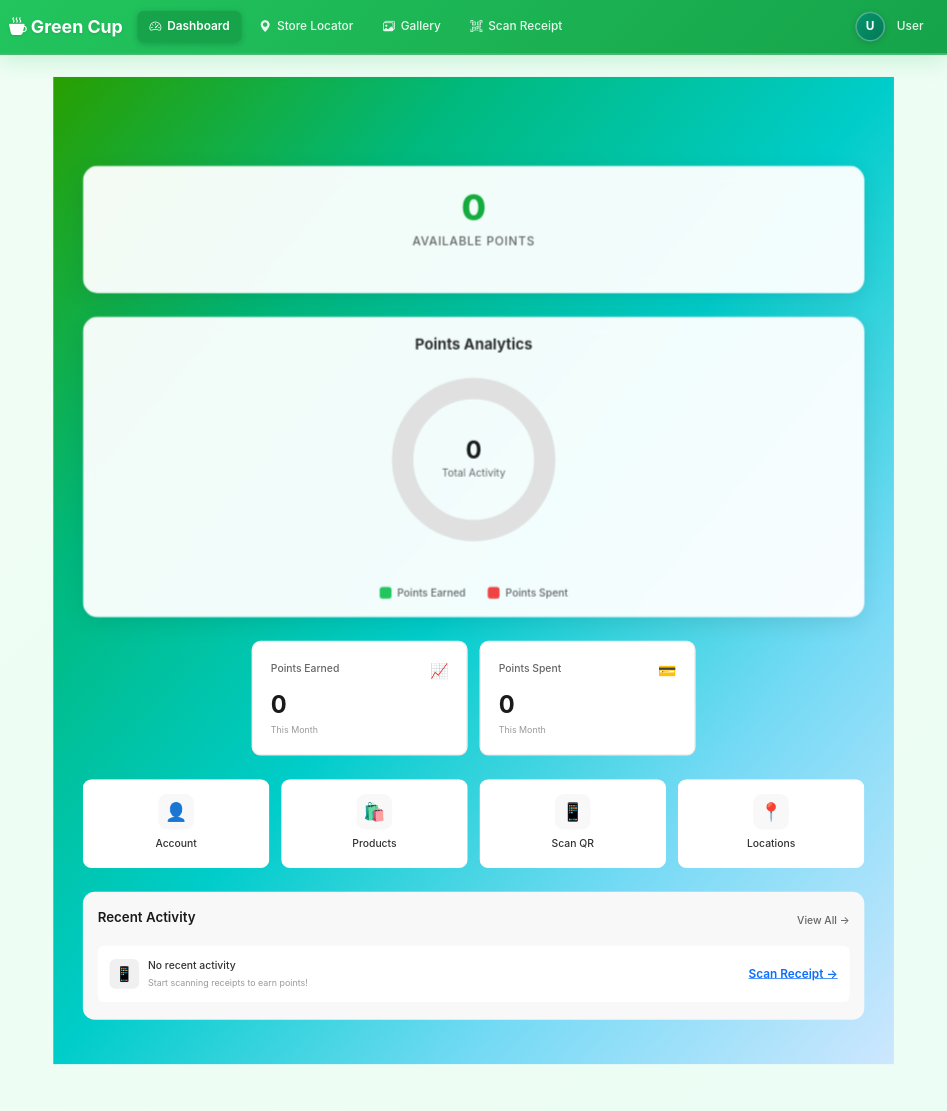
Repository: ManuelRy/GreenCup_Consumer
Page: http://localhost/dashboard
The author's editor kept a copy of each file at every save. The page is drawn from the files as they stood at one save, then again after the next save.
The browser window is 1280 px wide. The pictures show the whole page, at 74% of full size.
The page is served by the project's Laravel application, run on PHP 8.4 with Laravel 12. A made-up administrator, Test User (test@example.com), is signed in. Other server files are loaded and not shown. Queries for data that is not in the repository find no rows.

Above is the page before, as saved 2025-09-07 13:56:46.

### routes/web.php
<?php

use Illuminate\Support\Facades\Route;
use App\Http\Controllers\{ConsumerController, StoreController, ReceiptController};

/*
|--------------------------------------------------------------------------
| GreenCup Consumer Web Routes - FIXED VERSION
|--------------------------------------------------------------------------
*/

// Root redirect
Route::get('/', fn() => redirect()->route('login'))->name('home');

/*
|--------------------------------------------------------------------------
| Public Routes (Guest Only) - Authentication & Registration
|--------------------------------------------------------------------------
*/
Route::middleware(['guest:consumer'])->group(function () {
    // Authentication
    Route::get('/login', [ConsumerController::class, 'showLogin'])->name('login');
    Route::post('/login', [ConsumerController::class, 'login'])->name('login.store');

    // Registration
    Route::get('/register', [ConsumerController::class, 'showRegister'])->name('register');
    Route::post('/register', [ConsumerController::class, 'register'])->name('register.store');

    // Legacy routes for backward compatibility
    Route::get('/consumers/create', [ConsumerController::class, 'showRegister'])->name('consumers.create');
    Route::post('/consumers', [ConsumerController::class, 'register'])->name('consumers.store');
});

/*
|--------------------------------------------------------------------------
| Protected Routes (Authenticated Consumers Only)
|--------------------------------------------------------------------------
*/
// FIXED: Changed from 'consumer.auth' to 'auth:consumer'
Route::middleware(['auth:consumer'])->group(function () {

    /*
    |--------------------------------------------------------------------------
    | Consumer Pages - Dashboard, Account, Profile, QR Code
    |--------------------------------------------------------------------------
    */
    // Core consumer pages
    Route::get('/dashboard', [ConsumerController::class, 'dashboard'])->name('dashboard');
    Route::get('/account', [ConsumerController::class, 'account'])->name('account');
    Route::get('/account/edit', [ConsumerController::class, 'showEditAccount'])->name('account.edit');

    // Profile management
    Route::put('/account/profile', [ConsumerController::class, 'updateProfile'])->name('account.profile.update');
    Route::put('/account/password', [ConsumerController::class, 'updatePassword'])->name('account.password.update');
    Route::get('/account/transactions', [ConsumerController::class, 'transactionHistory'])->name('account.transactions');

    // QR Code
    Route::get('/qr-code', [ConsumerController::class, 'showQrCode'])->name('consumer.qr-code');

    // Receipt scanning
    Route::get('/scan-receipt', [ConsumerController::class, 'showScanReceipt'])->name('scan.receipt');
    Route::get('/scan', [ConsumerController::class, 'showScanReceipt'])->name('scan'); // Alternative

    /*
    |--------------------------------------------------------------------------
    | Store Pages - Gallery, Map, Profiles, Search
    |--------------------------------------------------------------------------
    */
    // Gallery & Feed
    Route::get('/gallery', [StoreController::class, 'gallery'])->name('gallery');
    Route::get('/products', [StoreController::class, 'gallery'])->name('products'); // Alternative name

    // Map & Store Locator
    Route::get('/map', [StoreController::class, 'map'])->name('map');

    // Individual store profiles
    Route::get('/seller/{id}', [StoreController::class, 'show'])->name('seller.show');
    Route::get('/store/{id}', [StoreController::class, 'show'])->name('store.show');
    // Add this to your consumer web.php in the public section:
    Route::get('/seller/{id}', [StoreController::class, 'show'])->name('seller.public.show');
    Route::get('/store/{id}', [StoreController::class, 'show'])->name('store.public.show');

    /*
    |--------------------------------------------------------------------------
    | API Routes for AJAX/Frontend
    |--------------------------------------------------------------------------
    */
    Route::prefix('api')->name('api.')->group(function () {

        // Consumer APIs
        Route::get('/consumer/points', [ConsumerController::class, 'getPoints'])->name('consumer.points');

        // Store APIs
        Route::get('/stores', [StoreController::class, 'getStores'])->name('stores');
        Route::get('/store/{id}/details', [StoreController::class, 'getStoreDetails'])->name('store.details');
        Route::get('/store/{id}/transactions', [StoreController::class, 'getTransactions'])->name('store.transactions');

        // FIXED: Changed POST routes to GET for better compatibility
        Route::get('/stores/search', [StoreController::class, 'search'])->name('stores.search');
        Route::post('/stores/distance', [StoreController::class, 'calculateDistance'])->name('stores.distance');

        // Gallery APIs
        Route::get('/gallery/feed', [StoreController::class, 'getFeed'])->name('gallery.feed');
        Route::get('/gallery/search', [StoreController::class, 'gallerySearch'])->name('gallery.search');
        Route::get('/gallery/stats', [StoreController::class, 'getPhotoStats'])->name('gallery.stats');

        // Receipt APIs (kept separate as specialized functionality)
        Route::prefix('receipt')->name('receipt.')->group(function () {
            Route::post('/check', [ReceiptController::class, 'check'])->name('check');
            Route::post('/claim', [ReceiptController::class, 'claim'])->name('claim');
            Route::get('/history', [ReceiptController::class, 'history'])->name('history');
        });
    });

    /*
    |--------------------------------------------------------------------------
    | Logout Routes
    |--------------------------------------------------------------------------
    */
    Route::post('/logout', [ConsumerController::class, 'logout'])->name('logout');
    Route::get('/logout', [ConsumerController::class, 'logout'])->name('logout.get');
});

/*
|--------------------------------------------------------------------------
| Public API Routes (No Authentication Required)
|--------------------------------------------------------------------------
*/
// ADDED: Public API routes for gallery browser and external access
Route::prefix('public-api')->name('public.api.')->group(function () {
    // Store discovery (for gallery browser)
    Route::get('/stores', [StoreController::class, 'getStores'])->name('stores');
    Route::get('/store/{id}', [StoreController::class, 'getStoreDetails'])->name('store.details');
    Route::get('/stores/search', [StoreController::class, 'search'])->name('stores.search');

    // Gallery feed (for gallery browser)
    Route::get('/gallery/feed', [StoreController::class, 'getFeed'])->name('gallery.feed');
    Route::get('/gallery/search', [StoreController::class, 'gallerySearch'])->name('gallery.search');
    Route::get('/gallery/stats', [StoreController::class, 'getPhotoStats'])->name('gallery.stats');

    // Store profiles (for gallery browser)
    Route::get('/seller/{id}', [StoreController::class, 'show'])->name('seller.show');
    Route::get('/store/{id}', [StoreController::class, 'show'])->name('store.show');
});

/*
|--------------------------------------------------------------------------
| Development/Testing Routes (Local Environment Only)
|--------------------------------------------------------------------------
*/
if (app()->environment('local')) {
    Route::prefix('dev')->name('dev.')->group(function () {
        // Quick login as first consumer
        Route::get('/login', function () {
            $consumer = \App\Models\Consumer::first();
            if ($consumer) {
                Auth::guard('consumer')->login($consumer);
                return redirect()->route('dashboard')->with('success', 'Dev login successful!');
            }
            return redirect()->route('login')->with('error', 'No consumer found. Please register first.');
        })->name('login');

        // Quick access to features
        Route::get('/dashboard', function () {
            $consumer = \App\Models\Consumer::first();
            if ($consumer) {
                Auth::guard('consumer')->login($consumer);
                return redirect()->route('dashboard');
            }
            return redirect()->route('login');
        })->name('dashboard');

        Route::get('/gallery', function () {
            $consumer = \App\Models\Consumer::first();
            if ($consumer) {
                Auth::guard('consumer')->login($consumer);
                return redirect()->route('gallery');
            }
            return redirect()->route('login');
        })->name('gallery');

        // Database status
        Route::get('/status', function () {
            return response()->json([
                'consumers' => \App\Models\Consumer::count(),
                'sellers' => \App\Models\Seller::count(),
                'photos' => \DB::table('seller_photos')->count(),
                'transactions' => \DB::table('point_transactions')->count(),
                'environment' => app()->environment(),
            ]);
        })->name('status');
    });
}

/*
|--------------------------------------------------------------------------
| Error Handling
|--------------------------------------------------------------------------
*/
Route::fallback(function () {
    if (!Auth::guard('consumer')->check()) {
        return redirect()->route('login')->with('error', 'Please log in to access this page.');
    }
    return response()->view('errors.404', [], 404);
});

### resources/views/dashboard.blade.php
@extends('layout.master')

@section('title', 'Dashboard - Green Cup')

@section('content')
<div class="container-fluid py-4">
<div class="dashboard-container">
    <!-- Header -->
    <header class="dashboard-header">
        <div class="header-content">
            <h1 class="app-logo">Green Cup</h1>
            <div class="user-info">
                <span class="user-name">{{ $consumer->full_name ?? 'User' }}</span>
                <div class="user-avatar">👤</div>
            </div>
        </div>
    </header>

    <!-- Main Content -->
    <main class="main-content">
        <!-- Points Section -->
        <section class="points-section fade-in">
            <div class="points-value">{{ number_format($availablePoints ?? 1247) }}</div>
            <div class="points-label">Available Points</div>
        </section>

        <!-- Analytics Section with Donut Chart -->
        <div class="analytics-container">
            <h2 class="analytics-title">Points Analytics</h2>

            <div class="donut-chart-container">
                @php
                    $pointsIn = $monthlyData['points_in'] ?? 0;
                    $pointsOut = $monthlyData['points_out'] ?? 0;
                    $total = $monthlyData['all_activities'] ?? ($pointsIn + $pointsOut);

                    // Calculate percentages
                    if ($total > 0) {
                        $pointsInPercent = ($pointsIn / $total) * 100;
                        $pointsOutPercent = ($pointsOut / $total) * 100;
                    } else {
                        $pointsInPercent = 0;
                        $pointsOutPercent = 0;
                    }

                    // Calculate SVG arc lengths
                    $circumference = 2 * pi() * 40;
                    $pointsInLength = ($pointsInPercent / 100) * $circumference;
                    $pointsOutLength = ($pointsOutPercent / 100) * $circumference;
                @endphp

                <svg class="donut-chart" viewBox="0 0 100 100">
                    @if($total > 0)
                        <!-- Background circle -->
                        <circle cx="50" cy="50" r="40" fill="none" stroke="#f0f0f0" stroke-width="12"/>

                        <!-- Points In -->
                        @if($pointsIn > 0)
                            <circle cx="50" cy="50" r="40" fill="none"
                                    stroke="#22c55e"
                                    stroke-width="12"
                                    stroke-dasharray="{{ $pointsInLength }} {{ $circumference - $pointsInLength }}"
                                    stroke-dashoffset="0"
                                    transform="rotate(-90 50 50)"/>
                        @endif

                        <!-- Points Out -->
                        @if($pointsOut > 0)
                            <circle cx="50" cy="50" r="40" fill="none"
                                    stroke="#ef4444"
                                    stroke-width="12"
                                    stroke-dasharray="{{ $pointsOutLength }} {{ $circumference - $pointsOutLength }}"
                                    stroke-dashoffset="-{{ $pointsInLength }}"
                                    transform="rotate(-90 50 50)"/>
                        @endif
                    @else
                        <!-- Empty state circle -->
                        <circle cx="50" cy="50" r="40" fill="none" stroke="#e0e0e0" stroke-width="12"/>
                    @endif
                </svg>

                <div class="donut-center">
                    <div class="donut-center-value">{{ number_format($total) }}</div>
                    <div class="donut-center-label">Total Activity</div>
                </div>
            </div>

            <div class="chart-legend" style="display: flex; justify-content: center; align-items: center; gap: 30px; margin-top: 20px;">
                <div class="legend-item" style="display: flex; align-items: center; gap: 8px;">
                    <span class="legend-color" style="background: #22c55e; width: 16px; height: 16px; border-radius: 4px; display: inline-block;"></span>
                    <span class="legend-label" style="font-size: 14px; color: #666; font-weight: 500;">Points Earned</span>
                </div>
                <div class="legend-item" style="display: flex; align-items: center; gap: 8px;">
                    <span class="legend-color" style="background: #ef4444; width: 16px; height: 16px; border-radius: 4px; display: inline-block;"></span>
                    <span class="legend-label" style="font-size: 14px; color: #666; font-weight: 500;">Points Spent</span>
                </div>
            </div>
        </div>

        <!-- Stats Grid -->
        <div class="stats-grid">
            <div class="stat-card fade-in">
                <div class="stat-header" style="display: flex; justify-content: space-between; align-items: center; min-height: 24px;">
                    <h3 class="stat-title">Points Earned</h3>
                    <span class="stat-icon" style="font-size: 20px; line-height: 1; height: 24px; display: flex; align-items: center;">📈</span>
                </div>
                <div class="stat-value">{{ number_format($monthlyData['points_in'] ?? 0) }}</div>
                <div class="stat-change">
                    @if(($monthlyData['prev_points_in'] ?? 0) > 0)
                        {{ number_format($monthlyData['prev_points_in']) }} pts in {{ $monthlyData['prev_month_name'] ?? 'last month' }}
                    @else
                        This Month
                    @endif
                </div>
            </div>

            <div class="stat-card fade-in">
                <div class="stat-header" style="display: flex; justify-content: space-between; align-items: center; min-height: 24px;">
                    <h3 class="stat-title">Points Spent</h3>
                    <span class="stat-icon" style="font-size: 20px; line-height: 1; height: 24px; display: flex; align-items: center;">💳</span>
                </div>
                <div class="stat-value">{{ number_format($monthlyData['points_out'] ?? 0) }}</div>
                <div class="stat-change">
                    @if(($monthlyData['prev_points_out'] ?? 0) > 0)
                        {{ number_format($monthlyData['prev_points_out']) }} pts in {{ $monthlyData['prev_month_name'] ?? 'last month' }}
                    @else
                        This Month
                    @endif
                </div>
            </div>
        </div>

        <!-- Quick Actions -->
        <div class="quick-actions">
            <a href="{{ route('account') }}" class="action-btn">
                <div class="action-icon">👤</div>
                <span class="action-label">Account</span>
            </a>

            <a href="{{ route('gallery') }}" class="action-btn">
                <div class="action-icon">🛍️</div>
                <span class="action-label">Products</span>
            </a>

            <a href="{{ route('scan.receipt') }}" class="action-btn">
                <div class="action-icon">📱</div>
                <span class="action-label">Scan QR</span>
            </a>

            <a href="{{ route('map') }}" class="action-btn">
                <div class="action-icon">📍</div>
                <span class="action-label">Locations</span>
            </a>
        </div>

        <!-- Recent Activity -->
      <section class="activity-section">
            <div class="section-header">
                <h2 class="section-title">Recent Activity</h2>
                <a href="{{ route('account') }}" class="view-all">View All →</a>
            </div>

            <div class="activity-list">
                @forelse($recentActivity as $activity)
                    <div class="activity-item">
                        <div class="activity-info">
                            <div class="activity-icon">{{ $activity->icon }}</div>
                            <div class="activity-details">
                                <div class="activity-name">{{ $activity->name }}</div>
                                <div class="activity-time">{{ $activity->time_ago }}</div>
                                @if($activity->store_name)
                                    <div class="activity-store">{{ $activity->store_name }}</div>
                                @endif
                            </div>
                        </div>
                        <div class="activity-points {{ $activity->type === 'earn' ? 'positive' : 'negative' }}">
                            {{ $activity->type === 'earn' ? '+' : '-' }}{{ number_format($activity->points) }} pts
                        </div>
                    </div>
                @empty
                    <div class="activity-item empty-activity">
                        <div class="activity-info">
                            <div class="activity-icon">📱</div>
                            <div class="activity-details">
                                <div class="activity-name">No recent activity</div>
                                <div class="activity-time">Start scanning receipts to earn points!</div>
                            </div>
                        </div>
                        <div class="activity-points">
                                                        <a href="{{ route('scan.receipt') }}" class="scan-link">Scan Receipt →</a>
                        </div>
                    </div>
                @endforelse
            </div>
        </section>
    </div>
</div>
@endsection

### resources/views/errors/404.blade.php
@extends('master')

@section('content')
<div class="page-content">
    <div class="error-container">
        <div class="error-content">
            <div class="error-icon">
                <h1>404</h1>
            </div>
            <div class="error-message">
                <h2>Page Not Found</h2>
                <p>Sorry, the page you are looking for could not be found.</p>
                <a href="{{ route('dashboard') }}" class="btn-primary">
                    Return to Dashboard
                </a>
            </div>
        </div>
    </div>
</div>

<style>
.error-container {
    display: flex;
    align-items: center;
    justify-content: center;
    min-height: 80vh;
    padding: 2rem;
}

.error-content {
    text-align: center;
    max-width: 500px;
}

.error-icon h1 {
    font-size: 6rem;
    font-weight: 700;
    color: #ff6b6b;
    margin: 0;
    line-height: 1;
}

.error-message h2 {
    font-size: 1.5rem;
    color: #1a1a1a;
    margin: 1rem 0 0.5rem 0;
}

.error-message p {
    color: #666;
    margin-bottom: 2rem;
    font-size: 1.1rem;
}

.btn-primary {
    display: inline-block;
    background: #ff6b6b;
    color: white;
    padding: 0.75rem 1.5rem;
    border-radius: 0.5rem;
    text-decoration: none;
    font-weight: 600;
    transition: all 0.2s ease;
}

.btn-primary:hover {
    background: #ff5252;
    transform: translateY(-1px);
    color: white;
    text-decoration: none;
}
</style>
@endsection

### resources/views/master.blade.php
<!DOCTYPE html>
<html lang="en">
<head>
    <meta charset="UTF-8">
    <meta name="viewport" content="width=device-width, initial-scale=1.0, maximum-scale=1.0, user-scalable=0">
    <meta name="csrf-token" content="{{ csrf_token() }}">
    <title>@yield('title', 'Green Cup App')</title>

    <!-- Bootstrap 5 CSS -->
    <link href="https://cdn.jsdelivr.net/npm/bootstrap@5.3.2/dist/css/bootstrap.min.css" rel="stylesheet" integrity="sha384-T3c6CoIi6uLrA9TneNEoa7RxnatzjcDSCmG1MXxSR1GAsXEV/Dwwykc2MPK8M2HN" crossorigin="anonymous">

    <!-- Bootstrap Icons -->
    <link rel="stylesheet" href="https://cdn.jsdelivr.net/npm/bootstrap-icons@1.11.1/font/bootstrap-icons.css">

    <!-- Your existing styles -->
    <link href="{{ asset('dashboard.css') }}" rel="stylesheet">
    <link href="{{ asset('css/app.css') }}" rel="stylesheet">

    @stack('styles')
</head>
<body>
    @yield('content')

    <!-- Bootstrap 5 JS Bundle -->
    <script src="https://cdn.jsdelivr.net/npm/bootstrap@5.3.2/dist/js/bootstrap.bundle.min.js" integrity="sha384-C6RzsynM9kWDrMNeT87bh95OGNyZPhcTNXj1NW7RuBCsyN/o0jlpcV8Qyq46cDfL" crossorigin="anonymous"></script>

    {{-- Your JavaScript --}}
    <script src="{{ asset('js/app.js') }}"></script>
    <script src="{{ asset('dashboard.js') }}"></script>
    <script src="https://unpkg.com/html5-qrcode@2.3.8/html5-qrcode.min.js"></script>

    @stack('scripts')
</body>
</html>

Loaded but not shown: app/Http/Controllers/Controller.php (common file); public/dashboard.css (2190 lines, source omitted); resources/views/layout/new-master.blade.php (853 lines, source omitted); app/Http/Controllers/ConsumerController.php (695 lines, source omitted); resources/views/layout/master.blade.php (648 lines, source omitted); app/Models/Consumer.php (102 lines, source omitted); public/dashboard.js (no copy from this time; the picture is the same without it)

After the next save:
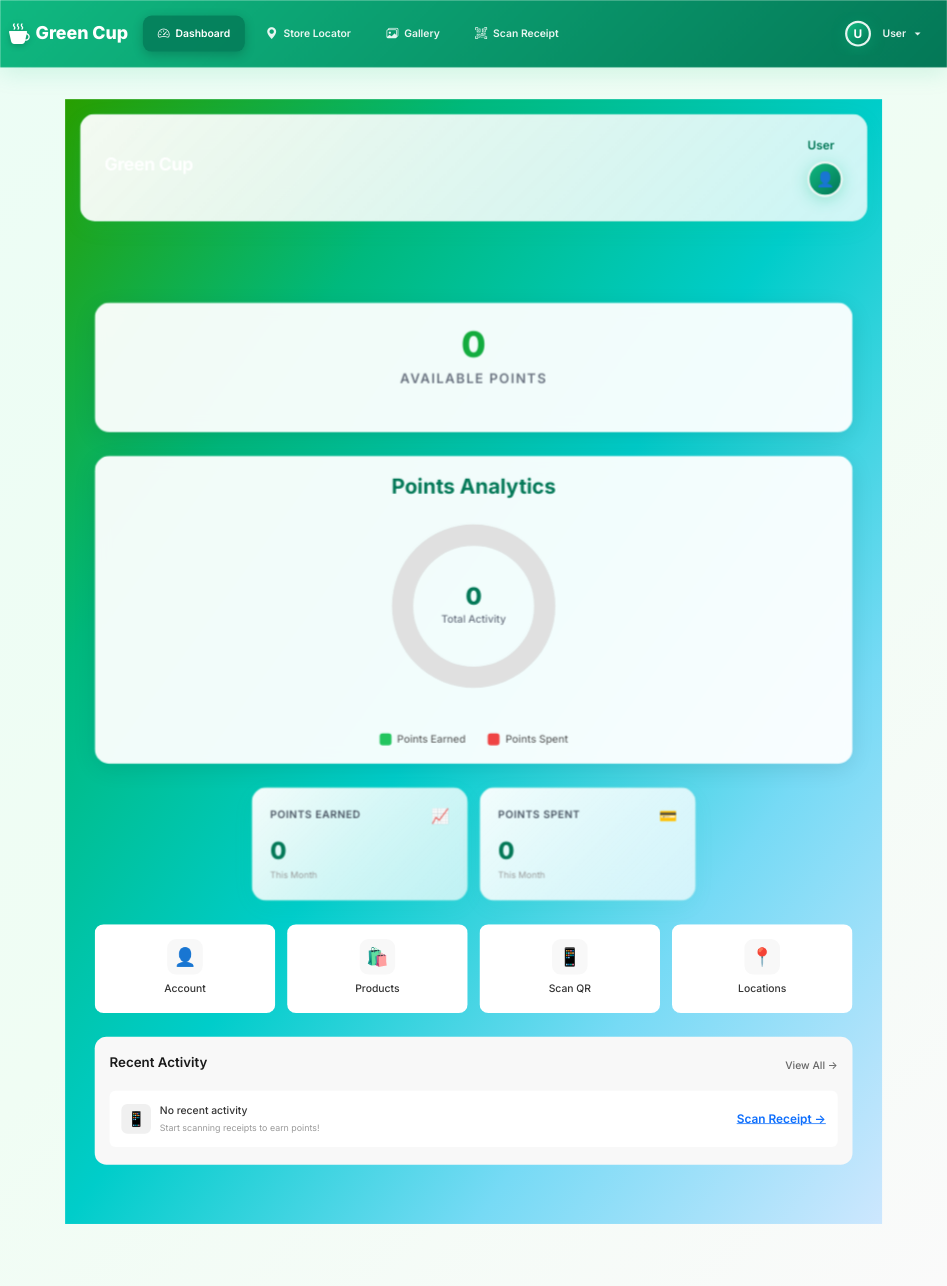
Saved 2 min 19 s later.
--- a/resources/views/dashboard.blade.php
+++ b/resources/views/dashboard.blade.php
@@ -1,4 +1,4 @@
-@extends('layout.master')
+@extends('layout.new-master')
 
 @section('title', 'Dashboard - Green Cup')
 
